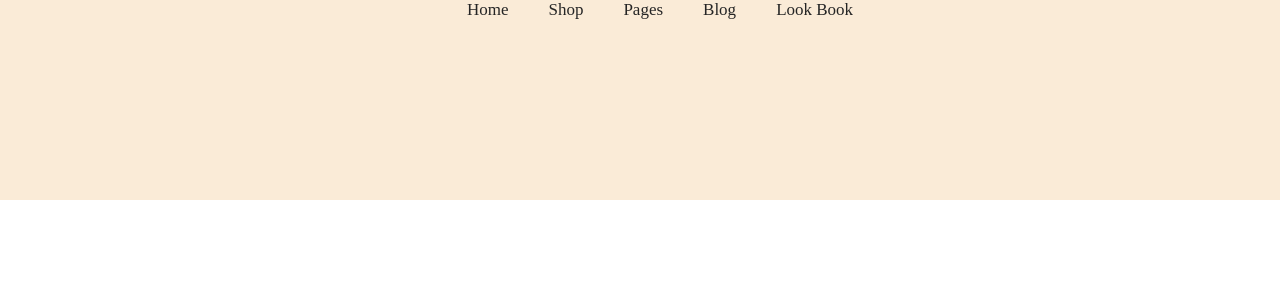
Repository: MorgunovaAlexandra/beauti
Page: index.html
An editor plug-in stored every save of this project. The page is shown before and after the next save, followed by the edit.
The browser window is 1280 px wide. The pictures show the whole page.

Above is the page before, as saved 2022-08-24 12:01:49.

After the next save:
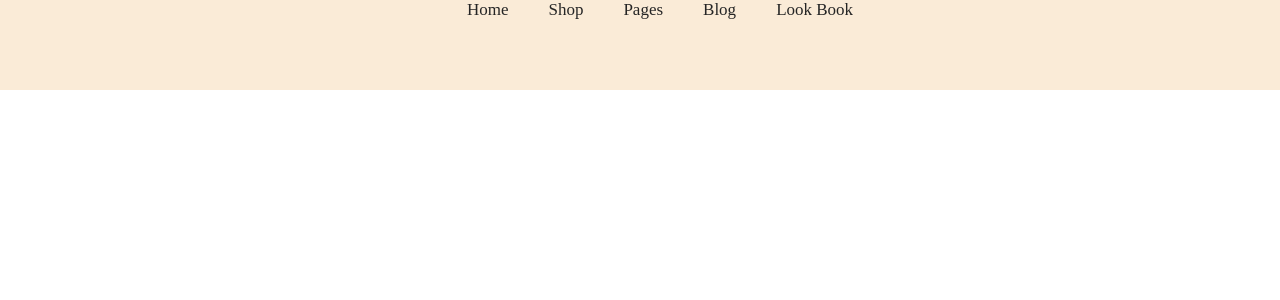
Saved 14 s later.
--- a/style.css
+++ b/style.css
@@ -41,7 +41,7 @@ html,body{
 	left: 0;
 	z-index: 50;
 	font-size: 17px;
-    height: 200px;
+    height: 90px;
     background-color: antiquewhite;
 
 }
